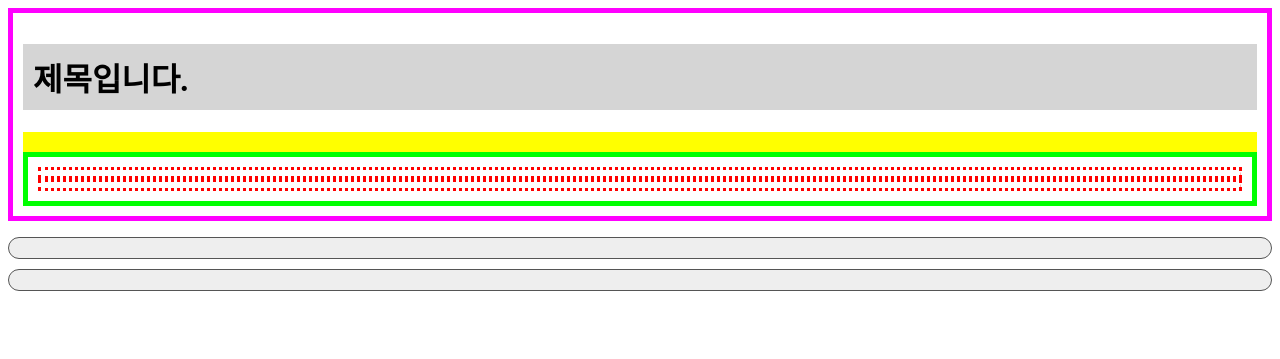
Repository: rwanda95do/bitcamp
Page: jQuery/src/main/webapp/01_helloJQuery/exam05.html
The author's editor kept a copy of each file at every save. The page is drawn from the files as they stood at one save, then again after the next save.
The browser window is 1280 px wide. The pictures show the whole page.

Above is the page before, as saved 2024-08-22 05:18:49.

After the next save:
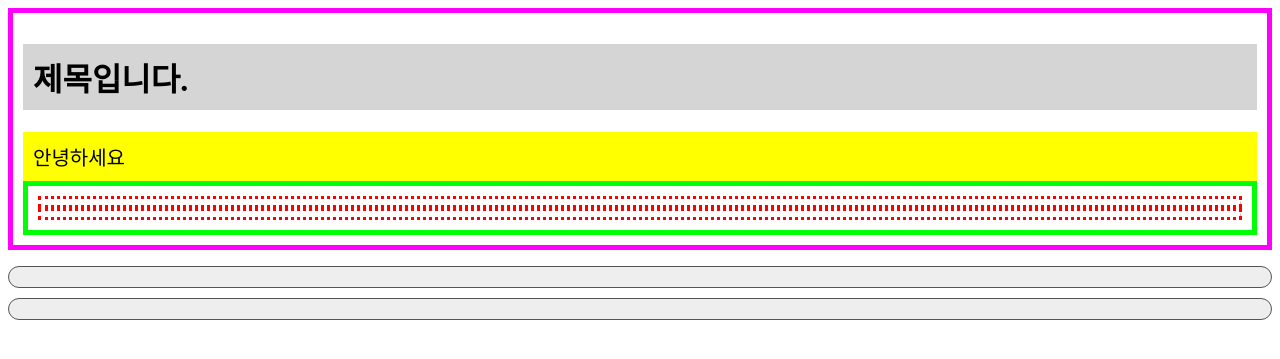
Saved 50 s later.
--- a/jQuery/src/main/webapp/01_helloJQuery/exam05.html
+++ b/jQuery/src/main/webapp/01_helloJQuery/exam05.html
@@ -75,6 +75,8 @@ $(function () {
 
 	// div에서 부터 id=title인 h1에 제목입니다 넣기
 	$('div#container > h1#title').html('제목입니다.')
+
+	$('div#container > div.box').html('안녕하세요')
 });
 </script>
 
